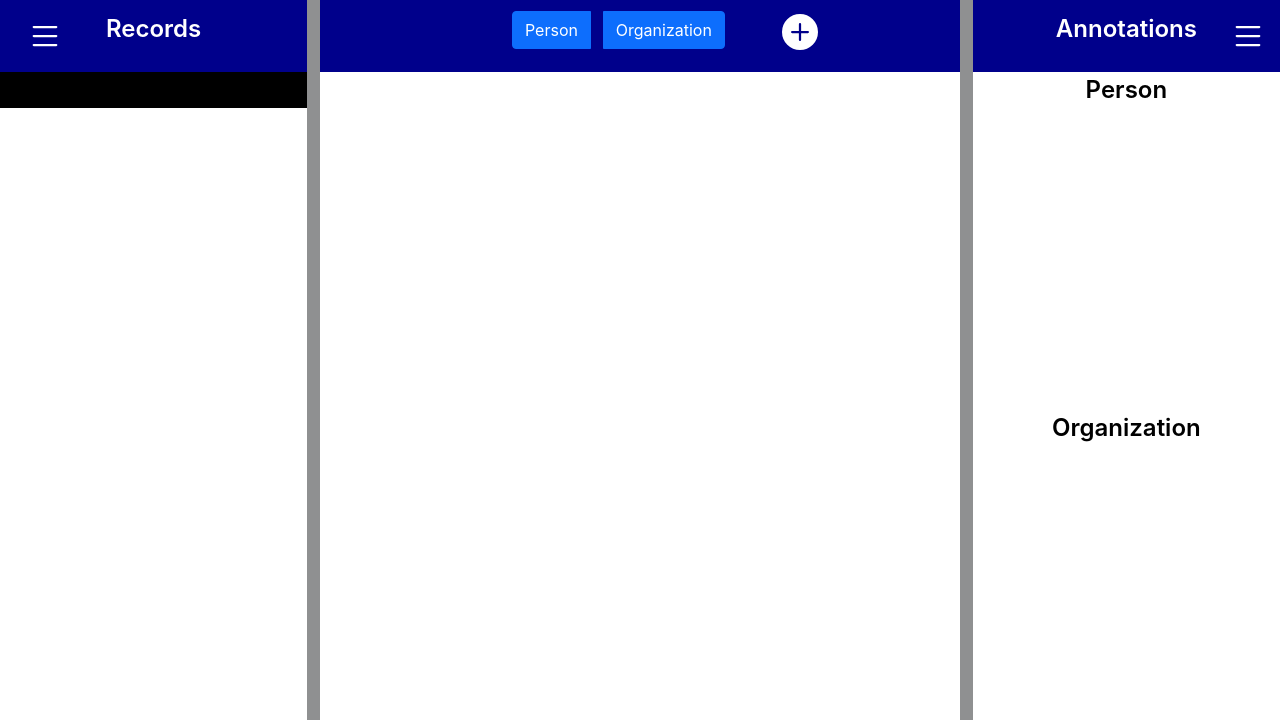
Repository: napan24/classforma_assignment
Page: / (app in client/)
These files come from the project's save history. The page is drawn as it stood at one moment and after a run of saves; the edit follows.
The browser window is 1280 px wide. The pictures show the whole page.
The project was rebuilt for these pictures with package versions that can differ from the ones it lists, and the page was loaded fresh each time. Also part of the build but not shown: client/src/App.css.

Above is the page before, as saved 2022-07-20 18:43:21.

After the next 2 saves:
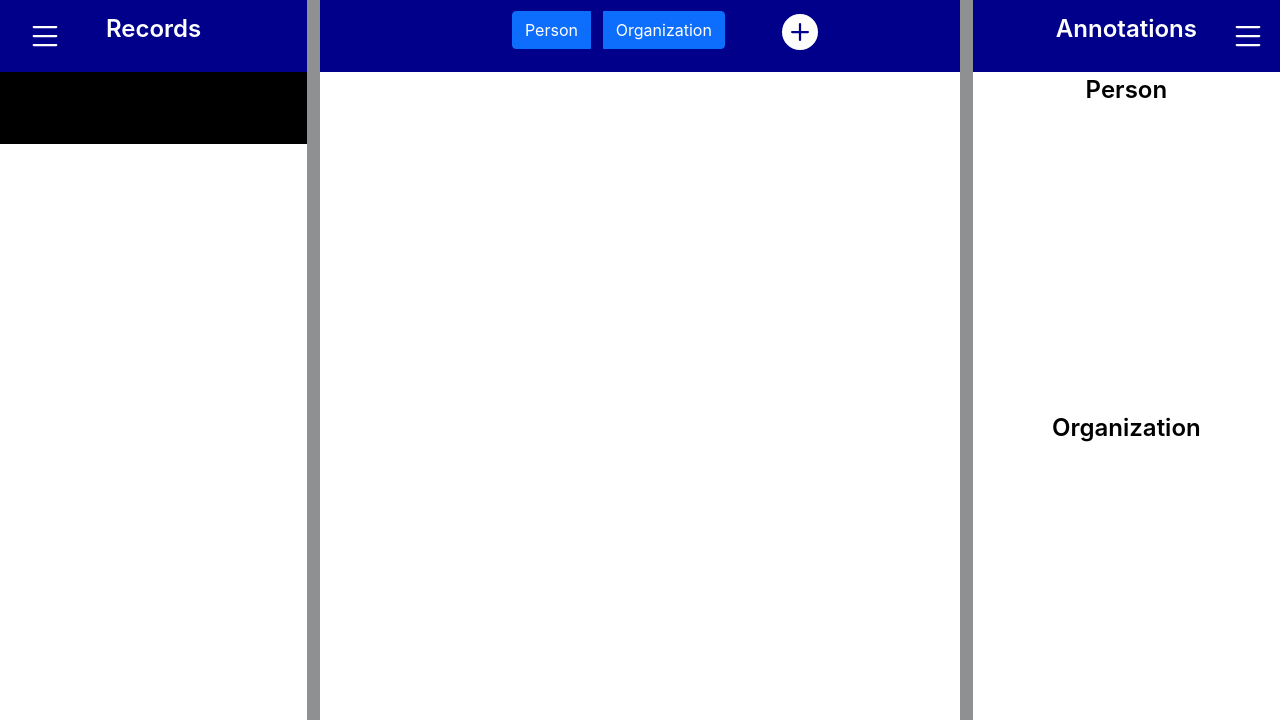
The 2 saves are shown as one change because they came seconds apart.
The last was saved 8 s later.
--- a/client/src/Home.js
+++ b/client/src/Home.js
@@ -107,7 +107,7 @@ const Home = () => {
                     <svg onClick={() => { showLeftComponent() }} style={{ width: "5vw", height: "5vh", position: 'absolute', left: "1vw", top: "2.5vh", color: 'white' }} xmlns="http://www.w3.org/2000/svg" fill="currentColor" class="bi bi-list" viewBox="0 0 16 16">
                         <path fill-rule="evenodd" d="M2.5 12a.5.5 0 0 1 .5-.5h10a.5.5 0 0 1 0 1H3a.5.5 0 0 1-.5-.5zm0-4a.5.5 0 0 1 .5-.5h10a.5.5 0 0 1 0 1H3a.5.5 0 0 1-.5-.5zm0-4a.5.5 0 0 1 .5-.5h10a.5.5 0 0 1 0 1H3a.5.5 0 0 1-.5-.5z" />
                     </svg>
-                    <div style={{width:"24vw",height:"15vh",backgroundColor:"black"}}>
+                    <div style={{width:"24vw",height:"20vh",backgroundColor:"black"}}>
 
                     </div>
                 </div>
